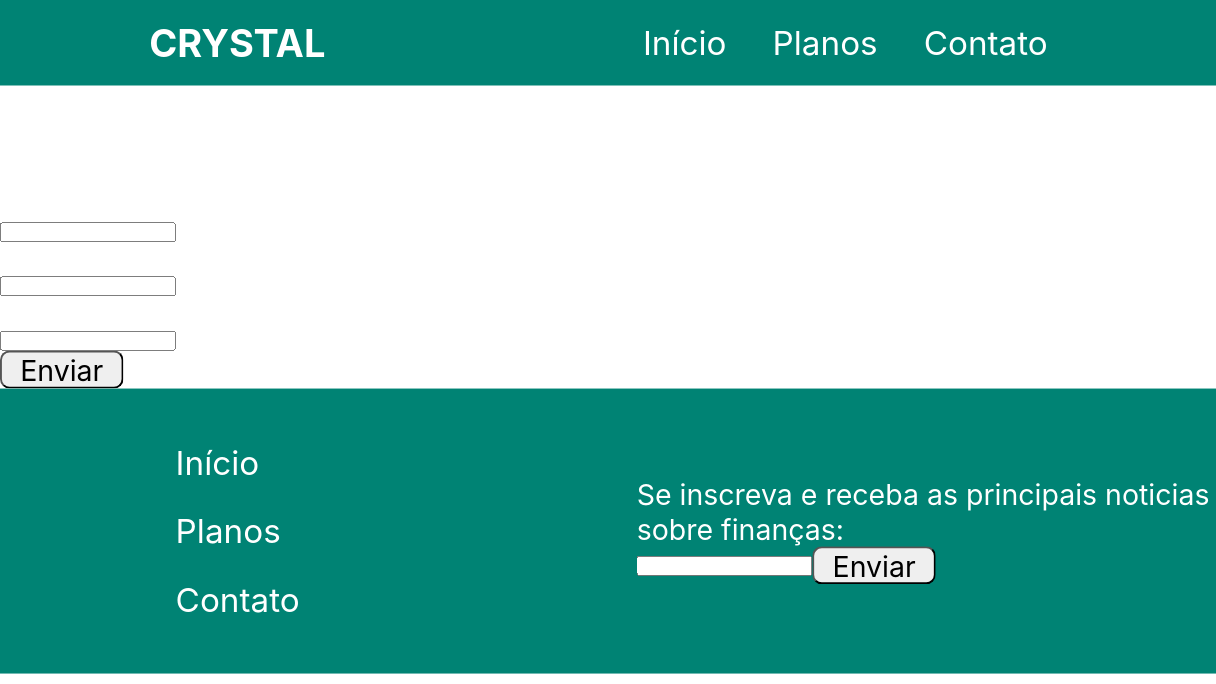
Repository: Matheus904-12/Crystallize
Page: contato.html
An editor plug-in stored every save of this project. The page is shown before and after the next save, followed by the edit.
The browser window is 1280 px wide. The pictures show the whole page, at 95% of full size.
Some web fonts or font styles are not loaded; a fallback is used.

Above is the page before, as saved 2023-07-24 19:56:44.
Not found: background.css

### contato.html
<!DOCTYPE html>
<html lang="pt-br">

<head>
    <meta charset="UTF-8">
    <meta name="viewport" content="width=device-width, initial-scale=1.0">

    <title>Crystal</title>

    <link rel="stylesheet" href="Style.css">
    <link rel="stylesheet" href="background.css">

</head>

<body>

    <header id="header">

        <h1 class="textoBranco logo">
            CRYSTAL
        </h1>

        <div class="textoBranco links">
            <a href="index.html" class="paginas">Início</a>
            <a href="index.html" class="paginas">Planos</a>
            <a href="#header" class="paginas">Contato</a>
        </div>

    </header>

    <body>

        <section class="caixa">

            <div class="comoContatar">
                <h2 class="textoBranco">CONTATO</h2>
                <p class="textoBranco">Preencha o formulário e nossa equipe de especialista entrará em contato com você
                    o
                    mais breve possivel!</p>
            </div>

            <div class="info">
                <h2 class="textoBranco">
                    Nome:
                </h2>
                <input class="email" type="text">

                <h2 class="textoBranco">
                    Email:
                </h2>
                <input class="email" type="email">

                <h2 class="textoBranco">
                    Telefone:
                </h2>
                <input class="email" type="number">

                <br>

                <button id="enviar">Enviar</button>
            </div>
        </section>

        <footer>
            <div class="textoBranco coluna">
                <a href="index.html" class="paginasVertical">Início</a>
                <a href="index.html" class="paginasVertical">Planos</a>
                <a href="#header" class="paginasVertical">Contato</a>
            </div>

            <div id="inscrever">
                <div class="coluna">
                    <p class="textoBranco" id="inscricao">Se inscreva e receba as principais noticias sobre finanças:
                    </p>
                    <br>
                    <br>
                    <br>
                    <br>
                    <div class="inscreverse">
                        <input class="email" type="email">

                        <button id="enviar">Enviar</button>
                    </div>
                </div>
            </div>
        </footer>
    </body>

</html>

### style.css
/* RESET */

* {
    margin: 0;
}

/* FIM RESET */

/* PADRAO */

@font-face {
    font-family: "inter";
    src: url(atributos/fontInter/Inter-VariableFont_slnt\,wght.ttf);
}

h2 {
    font-size: 35px;
    font-family: "inter";
}

.textoBranco {
    font-family: "inter";
    color: #fff;
    font-size: 30px;
}

.textoPadrao {
    font-family: "inter";
    font-size: 30px;
}

html {
    scroll-behavior: smooth;
}

/* FIM PADRAO */


/* HEADER */

#header {
    background-color: #008374;
    width: 100vw;
    height: 90px;

    display: flex;
    justify-content: space-around;
    align-items: center;

}

.logo {
    font-size: 40px;
    color: #fff;
  }



.paginas {
    font-size: 35px;
    color: #fff;
    text-decoration: none;
    padding: 0px 20px;
}

/* FIM HEADER */

/* DESTAQUE */

.destaque {
    display: flex;
    align-items: center;
    justify-content: space-around;
    width: 100vw;
    height: 560px;

    background-color: #23A092;
}

#titulo {
    font-family: "inter";
    font-size: 35px;

}

/* FIM DESTAQUE*/










/* PLANOS */

.planosOpc {
    position: absolute;
    display: flex;
    width: 100px;
    height: 200px;
    font-size: 25px;
    flex-wrap: wrap;
  }

  .planoTitulo {
    font-size: 35px;
  }

  .planoTexto {
    padding: 0px 50px 0px 50px;
    font-size: 25px;
    word-wrap: wrap;
  }

/* FIM PLANOS */

/* OPCOES */

.opcoes {
    padding: 100px 0px;
    width: 100vw;
    display: flex;
    justify-content: space-around;
    text-align: center;
}

.faixa {
    width: 500px;
    height: 50px;

    background-color: #FF912D;
}

.faixaBasic {
    width: 500px;
    height: 50px;

    background-color: #F6A256;
}



.basic {
            background-color: #EDECEC;

            width: 500px;
            height: 650px;

            display: flex;
            justify-content: center;
            flex-direction: column;

            filter: drop-shadow(1px 0px 5px #000000);

        }

.desativado {
    color: #959292;
}

.premium {
            background-color: #EDECEC;

            width: 500px;
            height: 650px;

            display: flex;
            justify-content: center;
            flex-direction: column;

            filter: drop-shadow(1px 0px 5px #000000);
        }
/* FIM OPCOES */
/* RODAPE */

footer {
    width: 100vw;
    height: 300px;

    display: flex;
    align-items: center;
    justify-content: space-around;

    background-color: #008374;
}

 .coluna {
    display: flex;
    flex-direction: column;}


.paginasVertical {
    padding: 15px;
    font-size: 35px;
    color: #fff;
    text-decoration: none;
}

#inscrever {
    width: 440px;
    height: 300px;

    flex-direction: column;
    display: flex;
    align-content: center;
    justify-content: space-around;

}

#inscricao {
    position: absolute;
}

#email {
    width: 400px;
    height: 40px;
    border-radius: 10px;
}

#enviar {
    width: 130px;
    height: 40px;

    border-radius: 10px;
    font-size: 30px;
    font-family: "inter";
}

.inscreverse {
    display: flex;
    align-items: center;
}
/*Caxinhas*/
.box {
    width: 200px;
    height: 145px;
    border: 1px solid black;
    padding: 15px;
    margin: 10px;
    margin-top: -50px;
    background-color: #FFF;
  }

  .box h1 {
    font-size: 20px;
    font-weight: bold;
  }

  .box p {
    color: #000;
    font-family: Inter;
    font-size: 19px;
    font-style: normal;
    font-weight: 400;
    line-height: normal;
    margin-top: 30px;
    text-align: center;
  }

  .box img {
    width: 50px;
    height: 50px;
    float:inline-start;
    margin-right: 10px;
    margin-top: 80px;
  }

  .boxes {
    display: flex;
    justify-content: space-around;
    align-items: center;
    padding: 90px;
    margin-top: -90px;
  }

  .box img {
    display: block;
    margin: 0 auto;
  }

  .box {
    display: inline-block;
  }

After the next save:
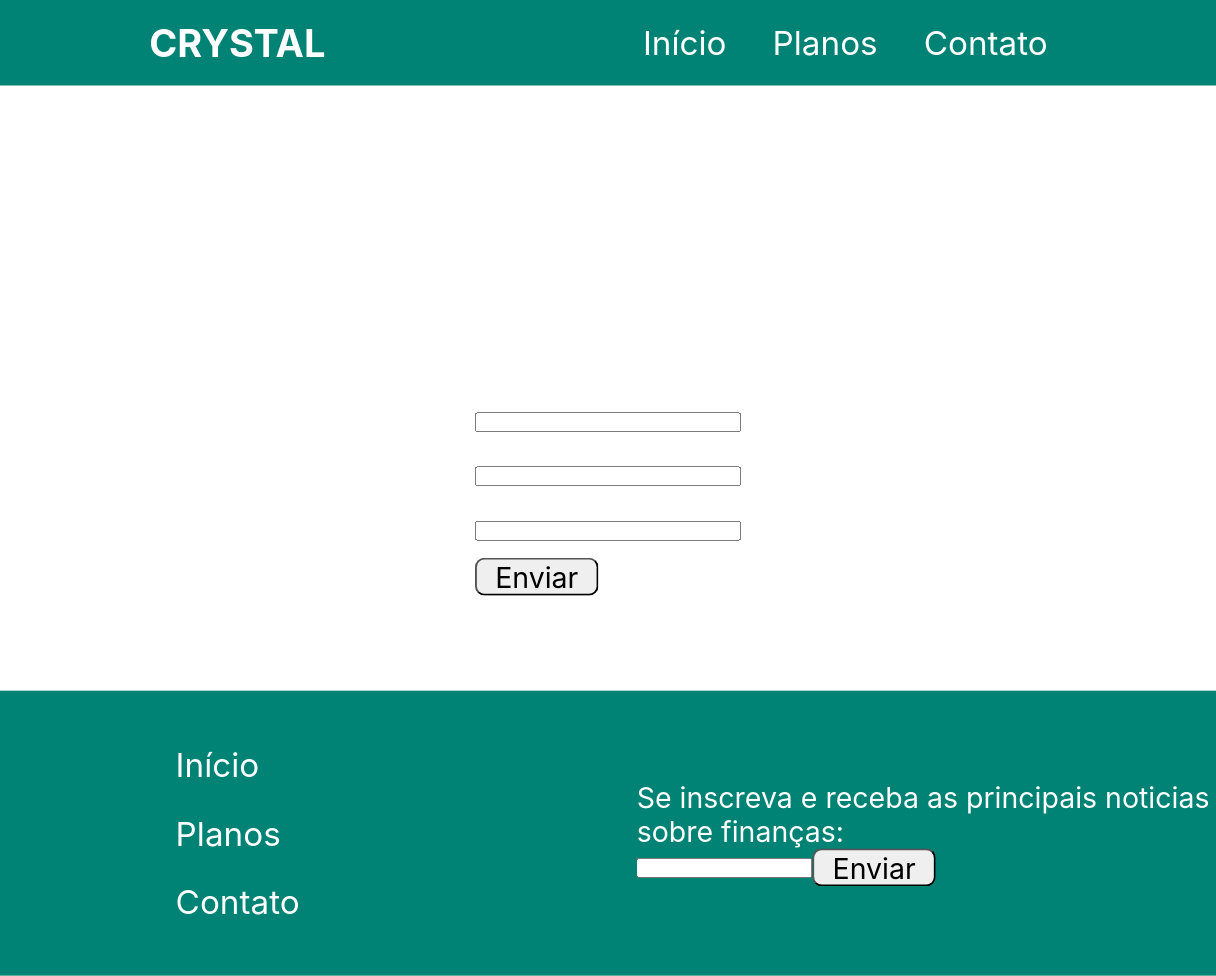
Saved 35 s later.
--- a/style.css
+++ b/style.css
@@ -284,3 +284,18 @@ footer {
   .box {
     display: inline-block;
   }
+
+  /* INFORMACOES */
+
+.info {
+    display: flex;
+    flex-direction: column;
+
+    margin: 100px 500px
+
+}
+
+.comoContatar {
+    margin: 100px 100px
+}
+/* FIM INFORMACOES */
